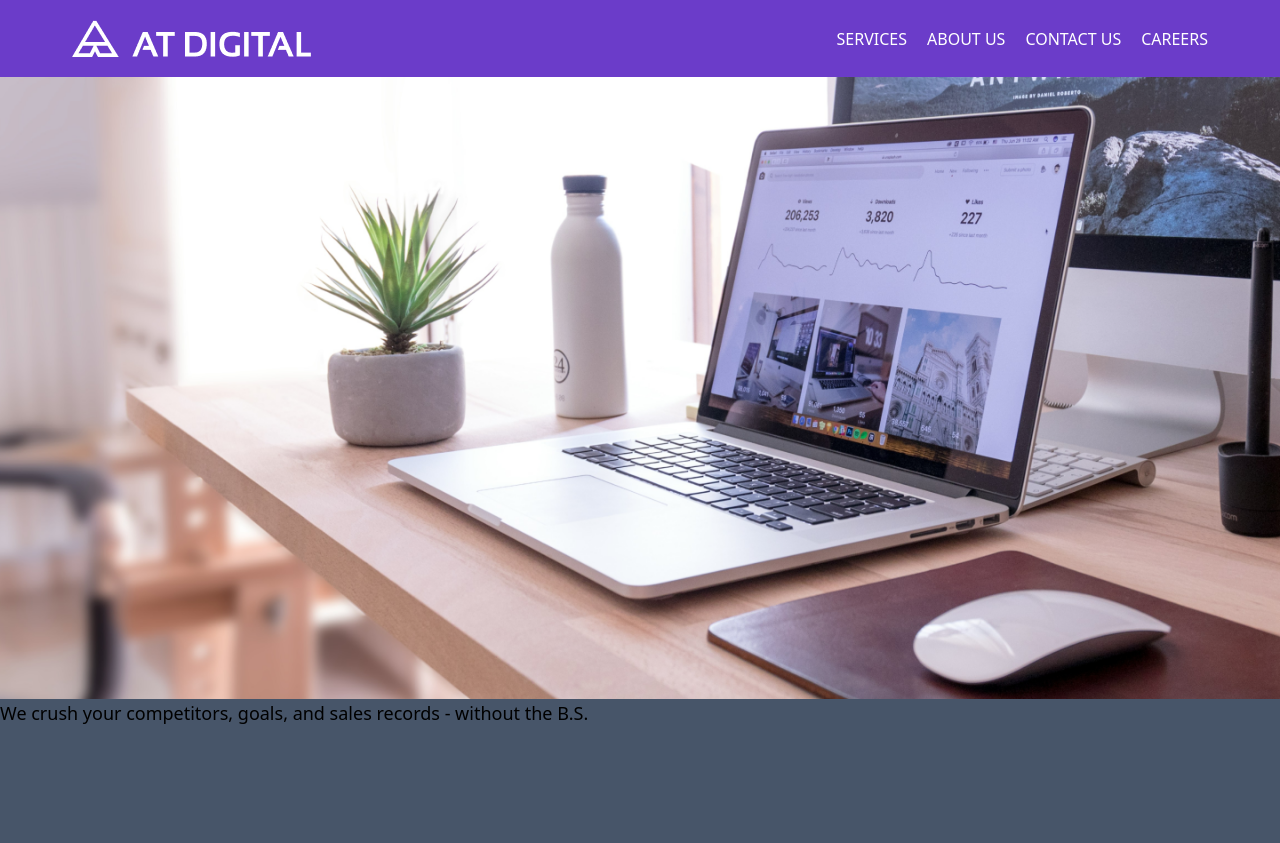
Repository: Milith97/AT-Digital-Website
Page: /
The author's editor kept a copy of each file at every save. The page is drawn from the files as they stood at one save, then again after the next save.
The browser window is 1280 px wide. The pictures show the whole page.
The project was rebuilt for these pictures with package versions that can differ from the ones it lists, and the page was loaded fresh each time. Also part of the build but not shown: vite.config.js.

Above is the page before, as saved 2024-04-06 19:33:19.

### src/App.jsx
// App.js or your main component file
import React from 'react';
import NavBar from './Components/NavBar';
import HomePage from './Components/HomePage';

function App() {
  return (
    <div className="App">
      <NavBar />
      <HomePage />
    </div>
  );
}

export default App;

### src/Components/NavBar.jsx
import React, { useState } from 'react';
import Logo from '../assets/Img/Logo.png';

const NavBar = () => {
    const [isOpen, setIsOpen] = useState(false);

    return (
        <nav className="bg-[#6B3CC9]">
            <div className="max-w-1440px max-h-20 xl:px-16 md:px-7 sm:px-11 max-lg:mx-6">
                <div className="flex justify-between">
                    <div>
                        <a href="#" className={`flex items-center py-5 sm:px-2 ${isOpen ? 'hidden' : 'flex'}`}>
                            <img src={Logo} alt="Logo" />
                        </a>
                    </div>
                    <div className={`hidden md:flex font-medium text-white items-center space-x-1 ${isOpen ? 'flex' : 'hidden'}`}>
                        <a href="#" className="py-5 px-2 ">SERVICES</a>
                        <a href="#" className="py-5 px-2 ">ABOUT US</a>
                        <a href="#" className="py-5 px-2 ">CONTACT US</a>
                        <a href="#" className="py-5 px-2 ">CAREERS</a>
                    </div>
                    <div className="md:hidden flex items-center ">
                        <button onClick={() => setIsOpen(!isOpen)} className="text-white focus:outline-none">
                            {!isOpen ? (
                                <svg className="h-14 w-10" stroke="white" viewBox="0 0 24 24" >
                                    <path strokeLinecap="round" strokeLinejoin="round" strokeWidth="3" d="M4 6h16M4 12h16M4 18h16" />
                                </svg>
                            ) : (
                                <svg className="h-12 w-8" stroke="black" viewBox="0 0 24 24" >
                                    <path strokeLinecap="round" strokeLinejoin="round" strokeWidth="3" d="M6 18L18 6M6 6l12 12" />
                                </svg>
                            )}
                        </button>
                    </div>
                </div>
            </div>
            <div className={`${isOpen ? 'block' : 'hidden'} md:hidden`}>
                <div className="bg-white">
                    <a href="#" className="block py-2 px-4 text-sm text-black-500 ">HOME</a>
                    <a href="#" className="block py-2 px-4 text-sm text-black-500">SERVICES</a>
                    <a href="#" className="block py-2 px-4 text-sm text-black-500">ABOUT US</a>
                    <a href="#" className="block py-2 px-4 text-sm text-black-500">CONTACT US</a>
                    <a href="#" className="block py-2 px-4 text-sm text-black-500">CAREERS</a>
                </div>
            </div>
        </nav>
    );
};

export default NavBar;

### src/Components/HomePage.jsx
import React from 'react';
import backgroundImage from '../assets/Img/Home.png';

const HomePage = () => {
    return (
        <div>
            <img src={backgroundImage} alt="Home Image" />
            <div className='h-36 max-w-full bg-slate-600 '>
                <div className='text-lg'>
                    <text>We crush your competitors, goals, and sales records - without the B.S.</text>
                    <div>
                        <button></button>
                    </div>
                </div>
            </div>
        </div>
    );
};

export default HomePage;

Loaded but not shown: index.html (common file); src/main.jsx (common file); src/index.css (common file); tailwind.config.js (common file)

After the next save:
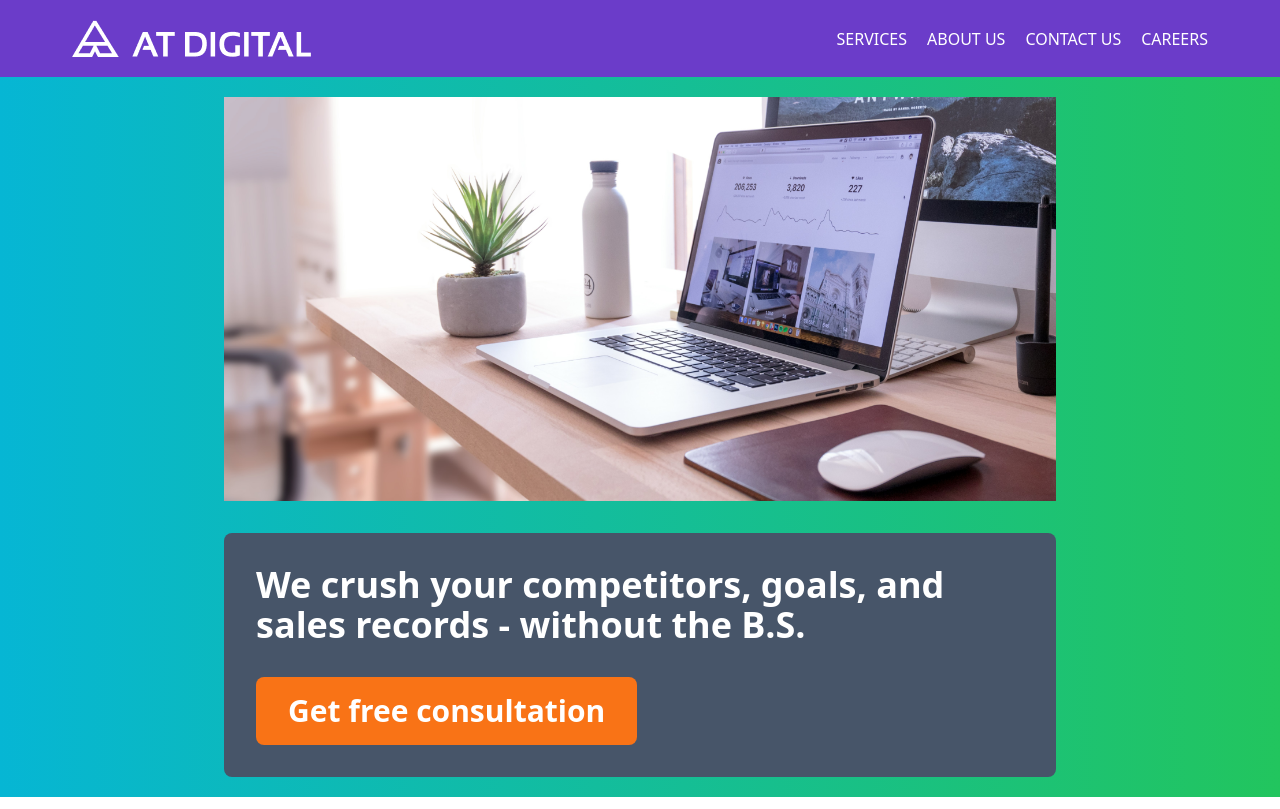
Saved 2 min 55 s later.
--- a/src/Components/HomePage.jsx
+++ b/src/Components/HomePage.jsx
@@ -3,13 +3,15 @@ import backgroundImage from '../assets/Img/Home.png';
 
 const HomePage = () => {
     return (
-        <div>
-            <img src={backgroundImage} alt="Home Image" />
-            <div className='h-36 max-w-full bg-slate-600 '>
-                <div className='text-lg'>
-                    <text>We crush your competitors, goals, and sales records - without the B.S.</text>
+        <div className="bg-gradient-to-r from-cyan-500 to-green-500 h-screen flex justify-center items-center">
+            <div className="max-w-4xl mx-auto p-8">
+                <img src={backgroundImage} alt="Home Image" className="w-full" />
+                <div className="bg-slate-600 rounded-lg p-8 mt-8 text-white text-lg">
+                    <p className="font-semibold text-4xl mb-8">We crush your competitors, goals, and sales records - without the B.S.</p>
                     <div>
-                        <button></button>
+                        <button className="bg-orange-500 text-white font-bold text-3xl px-8 py-4 rounded-lg">
+                            Get free consultation
+                        </button>
                     </div>
                 </div>
             </div>
